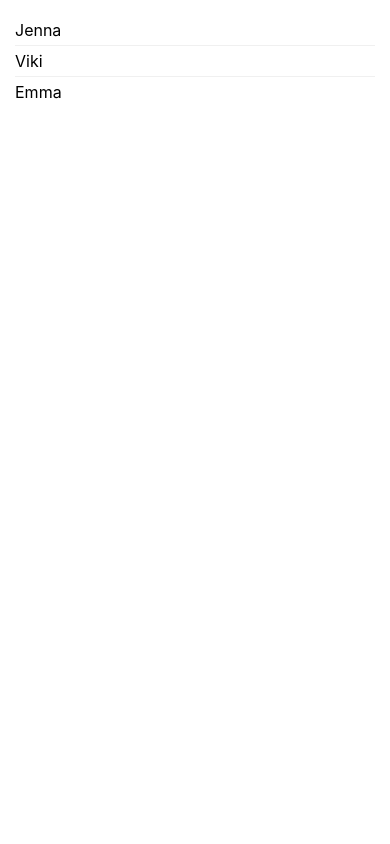
Repository: JennaFi/VideoCallApp
Screen: /
These files come from the project's save history. The screen is drawn as it stood at one moment and after the next save; the edit follows.
The app was drawn by React Native's web renderer in a window 390 px wide. The project was rebuilt for these pictures with package versions that can differ from the ones it lists, and the page was loaded fresh each time.

Above is the screen before, as saved 2022-01-06 01:09:31.

After the next save:
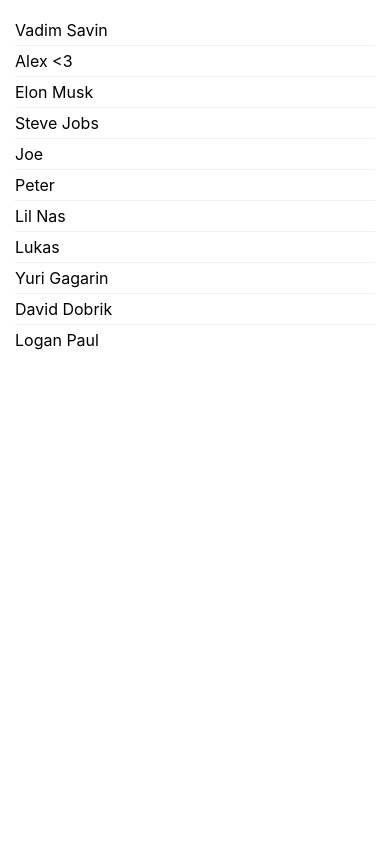
Saved 7 min 53 s later.
--- a/App.js
+++ b/App.js
@@ -15,9 +15,9 @@
   Text,
   View
 } from 'react-native'
+import contacts from './assets/data/contacts.json'
 
 
-const contacts = ['Jenna', 'Viki', 'Emma']
 
 
 const App = () => {
@@ -29,7 +29,8 @@
       <View style={styles.page}>
         <FlatList
           data = {contacts}
-          renderItem={({item}) => (<Text style={styles.contactName}>{item}</Text>)}
+          renderItem={({item}) => (
+          <Text style={styles.contactName}>{item.user_display_name}</Text>)}
           ItemSeparatorComponent={() => <View style={styles.separator}/>}
         />
 
